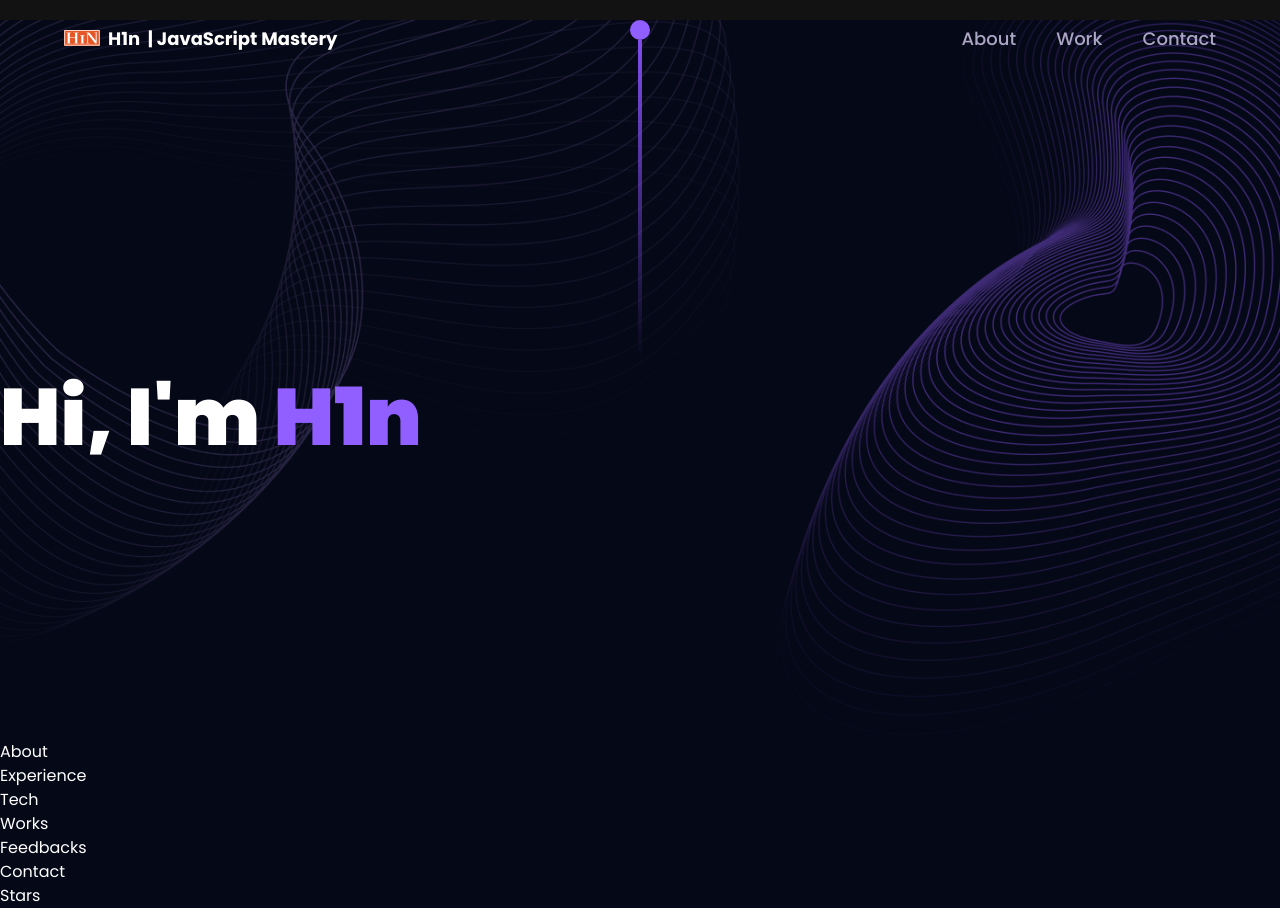
Repository: truonghuynhquy/3D_Portfolio
Page: /
An editor plug-in stored every save of this project. The page is shown before and after the next save, followed by the edit.
The browser window is 1280 px wide. The pictures show the whole page.
The project was rebuilt for these pictures with package versions that can differ from the ones it lists, and the page was loaded fresh each time. Also part of the build but not shown: vite.config.js, src/components/canvas/Earth.jsx, src/components/canvas/Ball.jsx, src/components/canvas/Computers.jsx. Imported but missing from the stored project, and not drawn on this page: src/components/hoc, src/components/styles, src/components/utils/motion.

Above is the page before, as saved 2023-04-09 00:48:59.

### index.html
<!DOCTYPE html>
<html lang="en">
  <head>
    <meta charset="UTF-8" />
    <link rel="icon" type="image/svg+xml" href="/src/assets/logo.svg" />
    <meta name="viewport" content="width=device-width, initial-scale=1.0" />
    <title>H1n | Portfolio</title>
  </head>
  <body>
    <div id="root"></div>
    <script type="module" src="/src/main.jsx"></script>
  </body>
</html>

### src/App.jsx
import { BrowserRouter } from "react-router-dom";

import {
    About,
    Contact,
    Experience,
    Feedbacks,
    Hero,
    Navbar,
    Tech,
    Works,
    StarsCanvas,
} from "./components";

const App = () => {
    return (
        <BrowserRouter>
            <div className="relative z-0 bg-primary">
                <div className="bg-hero-pattern bg-cover bg-no-repeat bg-center h-screen">
                    <Navbar />
                    <Hero />
                </div>
                <About />
                <Experience />
                <Tech />
                <Works />
                <Feedbacks />
                <div className="relative z-0">
                    <Contact />
                    <StarsCanvas />
                </div>
            </div>
        </BrowserRouter>
    );
};

export default App;

### src/index.css
@import url("https://fonts.googleapis.com/css2?family=Poppins:wght@100;200;300;400;500;600;700;800;900&display=swap");

@tailwind base;
@tailwind components;
@tailwind utilities;

* {
    margin: 0;
    padding: 0;
    box-sizing: border-box;
    font-family: "Poppins", sans-serif;
    scroll-behavior: smooth;
    color-scheme: dark;
}

.hash-span {
    margin-top: -100px;
    padding-bottom: 100px;
    display: block;
}

.black-gradient {
    background: #000000; /* fallback for old browsers */
    background: -webkit-linear-gradient(
        to right,
        #434343,
        #000000
    ); /* Chrome 10-25, Safari 5.1-6 */
    background: linear-gradient(
        to right,
        #434343,
        #000000
    ); /* W3C, IE 10+/ Edge, Firefox 16+, Chrome 26+, Opera 12+, Safari 7+ */
}

.violet-gradient {
    background: #804dee;
    background: linear-gradient(-90deg, #804dee 0%, rgba(60, 51, 80, 0) 100%);
    background: -webkit-linear-gradient(
        -90deg,
        #804dee 0%,
        rgba(60, 51, 80, 0) 100%
    );
}

.green-pink-gradient {
    background: "#00cea8";
    background: linear-gradient(90.13deg, #00cea8 1.9%, #bf61ff 97.5%);
    background: -webkit-linear-gradient(-90.13deg, #00cea8 1.9%, #bf61ff 97.5%);
}

.orange-text-gradient {
    background: #f12711; /* fallback for old browsers */
    background: -webkit-linear-gradient(
        to top,
        #f12711,
        #f5af19
    ); /* Chrome 10-25, Safari 5.1-6 */
    background: linear-gradient(
        to top,
        #f12711,
        #f5af19
    ); /* W3C, IE 10+/ Edge, Firefox 16+, Chrome 26+, Opera 12+, Safari 7+ */
    -webkit-background-clip: text;
    -webkit-text-fill-color: transparent;
}

.green-text-gradient {
    background: #11998e; /* fallback for old browsers */
    background: -webkit-linear-gradient(
        to top,
        #11998e,
        #38ef7d
    ); /* Chrome 10-25, Safari 5.1-6 */
    background: linear-gradient(
        to top,
        #11998e,
        #38ef7d
    ); /* W3C, IE 10+/ Edge, Firefox 16+, Chrome 26+, Opera 12+, Safari 7+ */
    -webkit-background-clip: text;
    -webkit-text-fill-color: transparent;
}

.blue-text-gradient {
    /* background: -webkit-linear-gradient(#eee, #333); */
    background: #56ccf2; /* fallback for old browsers */
    background: -webkit-linear-gradient(
        to top,
        #2f80ed,
        #56ccf2
    ); /* Chrome 10-25, Safari 5.1-6 */
    background: linear-gradient(
        to top,
        #2f80ed,
        #56ccf2
    ); /* W3C, IE 10+/ Edge, Firefox 16+, Chrome 26+, Opera 12+, Safari 7+ */
    -webkit-background-clip: text;
    -webkit-text-fill-color: transparent;
}

.pink-text-gradient {
    background: #ec008c; /* fallback for old browsers */
    background: -webkit-linear-gradient(
        to top,
        #ec008c,
        #fc6767
    ); /* Chrome 10-25, Safari 5.1-6 */
    background: linear-gradient(
        to top,
        #ec008c,
        #fc6767
    ); /* W3C, IE 10+/ Edge, Firefox 16+, Chrome 26+, Opera 12+, Safari 7+ */
    -webkit-background-clip: text;
    -webkit-text-fill-color: transparent;
}

/* canvas- styles */
.canvas-loader {
    font-size: 10px;
    width: 1em;
    height: 1em;
    border-radius: 50%;
    position: relative;
    text-indent: -9999em;
    animation: mulShdSpin 1.1s infinite ease;
    transform: translateZ(0);
}

@keyframes mulShdSpin {
    0%,
    100% {
        box-shadow: 0em -2.6em 0em 0em #ffffff,
            1.8em -1.8em 0 0em rgba(255, 255, 255, 0.2),
            2.5em 0em 0 0em rgba(255, 255, 255, 0.2),
            1.75em 1.75em 0 0em rgba(255, 255, 255, 0.2),
            0em 2.5em 0 0em rgba(255, 255, 255, 0.2),
            -1.8em 1.8em 0 0em rgba(255, 255, 255, 0.2),
            -2.6em 0em 0 0em rgba(255, 255, 255, 0.5),
            -1.8em -1.8em 0 0em rgba(255, 255, 255, 0.7);
    }
    12.5% {
        box-shadow: 0em -2.6em 0em 0em rgba(255, 255, 255, 0.7),
            1.8em -1.8em 0 0em #ffffff, 2.5em 0em 0 0em rgba(255, 255, 255, 0.2),
            1.75em 1.75em 0 0em rgba(255, 255, 255, 0.2),
            0em 2.5em 0 0em rgba(255, 255, 255, 0.2),
            -1.8em 1.8em 0 0em rgba(255, 255, 255, 0.2),
            -2.6em 0em 0 0em rgba(255, 255, 255, 0.2),
            -1.8em -1.8em 0 0em rgba(255, 255, 255, 0.5);
    }
    25% {
        box-shadow: 0em -2.6em 0em 0em rgba(255, 255, 255, 0.5),
            1.8em -1.8em 0 0em rgba(255, 255, 255, 0.7), 2.5em 0em 0 0em #ffffff,
            1.75em 1.75em 0 0em rgba(255, 255, 255, 0.2),
            0em 2.5em 0 0em rgba(255, 255, 255, 0.2),
            -1.8em 1.8em 0 0em rgba(255, 255, 255, 0.2),
            -2.6em 0em 0 0em rgba(255, 255, 255, 0.2),
            -1.8em -1.8em 0 0em rgba(255, 255, 255, 0.2);
    }
    37.5% {
        box-shadow: 0em -2.6em 0em 0em rgba(255, 255, 255, 0.2),
            1.8em -1.8em 0 0em rgba(255, 255, 255, 0.5),
            2.5em 0em 0 0em rgba(255, 255, 255, 0.7),
            1.75em 1.75em 0 0em #ffffff,
            0em 2.5em 0 0em rgba(255, 255, 255, 0.2),
            -1.8em 1.8em 0 0em rgba(255, 255, 255, 0.2),
            -2.6em 0em 0 0em rgba(255, 255, 255, 0.2),
            -1.8em -1.8em 0 0em rgba(255, 255, 255, 0.2);
    }
    50% {
        box-shadow: 0em -2.6em 0em 0em rgba(255, 255, 255, 0.2),
            1.8em -1.8em 0 0em rgba(255, 255, 255, 0.2),
            2.5em 0em 0 0em rgba(255, 255, 255, 0.5),
            1.75em 1.75em 0 0em rgba(255, 255, 255, 0.7),
            0em 2.5em 0 0em #ffffff, -1.8em 1.8em 0 0em rgba(255, 255, 255, 0.2),
            -2.6em 0em 0 0em rgba(255, 255, 255, 0.2),
            -1.8em -1.8em 0 0em rgba(255, 255, 255, 0.2);
    }
    62.5% {
        box-shadow: 0em -2.6em 0em 0em rgba(255, 255, 255, 0.2),
            1.8em -1.8em 0 0em rgba(255, 255, 255, 0.2),
            2.5em 0em 0 0em rgba(255, 255, 255, 0.2),
            1.75em 1.75em 0 0em rgba(255, 255, 255, 0.5),
            0em 2.5em 0 0em rgba(255, 255, 255, 0.7), -1.8em 1.8em 0 0em #ffffff,
            -2.6em 0em 0 0em rgba(255, 255, 255, 0.2),
            -1.8em -1.8em 0 0em rgba(255, 255, 255, 0.2);
    }
    75% {
        box-shadow: 0em -2.6em 0em 0em rgba(255, 255, 255, 0.2),
            1.8em -1.8em 0 0em rgba(255, 255, 255, 0.2),
            2.5em 0em 0 0em rgba(255, 255, 255, 0.2),
            1.75em 1.75em 0 0em rgba(255, 255, 255, 0.2),
            0em 2.5em 0 0em rgba(255, 255, 255, 0.5),
            -1.8em 1.8em 0 0em rgba(255, 255, 255, 0.7),
            -2.6em 0em 0 0em #ffffff,
            -1.8em -1.8em 0 0em rgba(255, 255, 255, 0.2);
    }
    87.5% {
        box-shadow: 0em -2.6em 0em 0em rgba(255, 255, 255, 0.2),
            1.8em -1.8em 0 0em rgba(255, 255, 255, 0.2),
            2.5em 0em 0 0em rgba(255, 255, 255, 0.2),
            1.75em 1.75em 0 0em rgba(255, 255, 255, 0.2),
            0em 2.5em 0 0em rgba(255, 255, 255, 0.2),
            -1.8em 1.8em 0 0em rgba(255, 255, 255, 0.5),
            -2.6em 0em 0 0em rgba(255, 255, 255, 0.7),
            -1.8em -1.8em 0 0em #ffffff;
    }
}

### src/components/Hero.jsx
import { motion } from "framer-motion";

import { styles } from "../styles";
import { ComputersCanvas } from "./canvas";

const Hero = () => {
    return (
        <section className={`relative w-full h-screen mx-auto`}>
            <div
                className={`absolute inset-0 top-[120px] max-w-7xl mx-auto ${styles.paddingX} flex flex-row items-start gap-5`}
            ></div>
            <div className="flex flex-col justify-center items-center mt-5">
                <div className="w-5 h-5 rounded-full bg-[#915EFF]" />
                <div className="w-1 sm:h-80 h-40 violet-gradient" />
            </div>

            <div>
                <h1 className={`${styles.heroHeadText} text-white`}>
                    Hi, I'm <span className="text-[#915EFF]">H1n</span>
                </h1>
                <p className={`${styles.heroSubText} text-white`}></p>
            </div>
        </section>
    );
};

export default Hero;

### src/components/Navbar.jsx
import React, { useEffect, useState } from "react";
import { Link } from "react-router-dom";

import { styles } from "../styles";
import { navLinks } from "../constants";
import { logo, menu, close } from "../assets";

const Navbar = () => {
    const [active, setActive] = useState("");
    const [toggle, setToggle] = useState(false);
    const [scrolled, setScrolled] = useState(false);

    useEffect(() => {
        const handleScroll = () => {
            const scrollTop = window.scrollY;
            if (scrollTop > 100) {
                setScrolled(true);
            } else {
                setScrolled(false);
            }
        };

        window.addEventListener("scroll", handleScroll);

        return () => window.removeEventListener("scroll", handleScroll);
    }, []);

    return (
        <nav
            className={`${
                styles.paddingX
            } w-full flex items-center py-5 fixed top-0 z-20 ${
                scrolled ? "bg-primary" : "bg-transparent"
            }`}
        >
            <div className="w-full flex justify-between items-center max-w-7xl mx-auto">
                <Link
                    to="/"
                    className="flex items-center gap-2"
                    onClick={() => {
                        setActive("");
                        window.scrollTo(0, 0);
                    }}
                >
                    <img
                        src={logo}
                        alt="logo"
                        className="w-9 h-9 object-contain"
                    />
                    <p className="text-white text-[18px] font-bold cursor-pointer flex ">
                        H1n &nbsp;
                        <span className="sm:block hidden">
                            | JavaScript Mastery
                        </span>
                    </p>
                </Link>

                <ul className="list-none hidden sm:flex flex-row gap-10">
                    {navLinks.map((nav) => (
                        <li
                            key={nav.id}
                            className={`${
                                active === nav.title
                                    ? "text-white"
                                    : "text-secondary"
                            } hover:text-white text-[18px] font-medium cursor-pointer`}
                            onClick={() => setActive(nav.title)}
                        >
                            <a href={`#${nav.id}`}>{nav.title}</a>
                        </li>
                    ))}
                </ul>

                <div className="sm:hidden flex flex-1 justify-end items-center">
                    <img
                        src={toggle ? close : menu}
                        alt="menu"
                        className="w-[28px] h-[28px] object-contain"
                        onClick={() => setToggle(!toggle)}
                    />

                    <div
                        className={`${
                            !toggle ? "hidden" : "flex"
                        } p-6 black-gradient absolute top-20 right-0 mx-4 my-2 min-w-[140px] z-10 rounded-xl`}
                    >
                        <ul className="list-none flex justify-end items-start flex-1 flex-col gap-4">
                            {navLinks.map((nav) => (
                                <li
                                    key={nav.id}
                                    className={`font-poppins font-medium cursor-pointer text-[16px] ${
                                        active === nav.title
                                            ? "text-white"
                                            : "text-secondary"
                                    }`}
                                    onClick={() => {
                                        setToggle(!toggle);
                                        setActive(nav.title);
                                    }}
                                >
                                    <a href={`#${nav.id}`}>{nav.title}</a>
                                </li>
                            ))}
                        </ul>
                    </div>
                </div>
            </div>
        </nav>
    );
};

export default Navbar;

### src/constants/index.js
import {
  mobile,
  backend,
  creator,
  web,
  javascript,
  typescript,
  html,
  css,
  reactjs,
  redux,
  tailwind,
  nodejs,
  mongodb,
  git,
  figma,
  docker,
  meta,
  starbucks,
  tesla,
  shopify,
  carrent,
  jobit,
  tripguide,
  threejs,
} from "../assets";

export const navLinks = [
  {
    id: "about",
    title: "About",
  },
  {
    id: "work",
    title: "Work",
  },
  {
    id: "contact",
    title: "Contact",
  },
];

const services = [
  {
    title: "Web Developer",
    icon: web,
  },
  {
    title: "React Native Developer",
    icon: mobile,
  },
  {
    title: "Backend Developer",
    icon: backend,
  },
  {
    title: "Content Creator",
    icon: creator,
  },
];

const technologies = [
  {
    name: "HTML 5",
    icon: html,
  },
  {
    name: "CSS 3",
    icon: css,
  },
  {
    name: "JavaScript",
    icon: javascript,
  },
  {
    name: "TypeScript",
    icon: typescript,
  },
  {
    name: "React JS",
    icon: reactjs,
  },
  {
    name: "Redux Toolkit",
    icon: redux,
  },
  {
    name: "Tailwind CSS",
    icon: tailwind,
  },
  {
    name: "Node JS",
    icon: nodejs,
  },
  {
    name: "MongoDB",
    icon: mongodb,
  },
  {
    name: "Three JS",
    icon: threejs,
  },
  {
    name: "git",
    icon: git,
  },
  {
    name: "figma",
    icon: figma,
  },
  {
    name: "docker",
    icon: docker,
  },
];

const experiences = [
  {
    title: "React.js Developer",
    company_name: "Starbucks",
    icon: starbucks,
    iconBg: "#383E56",
    date: "March 2020 - April 2021",
    points: [
      "Developing and maintaining web applications using React.js and other related technologies.",
      "Collaborating with cross-functional teams including designers, product managers, and other developers to create high-quality products.",
      "Implementing responsive design and ensuring cross-browser compatibility.",
      "Participating in code reviews and providing constructive feedback to other developers.",
    ],
  },
  {
    title: "React Native Developer",
    company_name: "Tesla",
    icon: tesla,
    iconBg: "#E6DEDD",
    date: "Jan 2021 - Feb 2022",
    points: [
      "Developing and maintaining web applications using React.js and other related technologies.",
      "Collaborating with cross-functional teams including designers, product managers, and other developers to create high-quality products.",
      "Implementing responsive design and ensuring cross-browser compatibility.",
      "Participating in code reviews and providing constructive feedback to other developers.",
    ],
  },
  {
    title: "Web Developer",
    company_name: "Shopify",
    icon: shopify,
    iconBg: "#383E56",
    date: "Jan 2022 - Jan 2023",
    points: [
      "Developing and maintaining web applications using React.js and other related technologies.",
      "Collaborating with cross-functional teams including designers, product managers, and other developers to create high-quality products.",
      "Implementing responsive design and ensuring cross-browser compatibility.",
      "Participating in code reviews and providing constructive feedback to other developers.",
    ],
  },
  {
    title: "Full stack Developer",
    company_name: "Meta",
    icon: meta,
    iconBg: "#E6DEDD",
    date: "Jan 2023 - Present",
    points: [
      "Developing and maintaining web applications using React.js and other related technologies.",
      "Collaborating with cross-functional teams including designers, product managers, and other developers to create high-quality products.",
      "Implementing responsive design and ensuring cross-browser compatibility.",
      "Participating in code reviews and providing constructive feedback to other developers.",
    ],
  },
];

const testimonials = [
  {
    testimonial:
      "I thought it was impossible to make a website as beautiful as our product, but Rick proved me wrong.",
    name: "Sara Lee",
    designation: "CFO",
    company: "Acme Co",
    image: "https://randomuser.me/api/portraits/women/4.jpg",
  },
  {
    testimonial:
      "I've never met a web developer who truly cares about their clients' success like Rick does.",
    name: "Chris Brown",
    designation: "COO",
    company: "DEF Corp",
    image: "https://randomuser.me/api/portraits/men/5.jpg",
  },
  {
    testimonial:
      "After Rick optimized our website, our traffic increased by 50%. We can't thank them enough!",
    name: "Lisa Wang",
    designation: "CTO",
    company: "456 Enterprises",
    image: "https://randomuser.me/api/portraits/women/6.jpg",
  },
];

const projects = [
  {
    name: "Car Rent",
    description:
      "Web-based platform that allows users to search, book, and manage car rentals from various providers, providing a convenient and efficient solution for transportation needs.",
    tags: [
      {
        name: "react",
        color: "blue-text-gradient",
      },
      {
        name: "mongodb",
        color: "green-text-gradient",
      },
      {
        name: "tailwind",
        color: "pink-text-gradient",
      },
    ],
    image: carrent,
    source_code_link: "https://github.com/",
  },
  {
    name: "Job IT",
    description:
      "Web application that enables users to search for job openings, view estimated salary ranges for positions, and locate available jobs based on their current location.",
    tags: [
      {
        name: "react",
        color: "blue-text-gradient",
      },
      {
        name: "restapi",
        color: "green-text-gradient",
      },
      {
        name: "scss",
        color: "pink-text-gradient",
      },
    ],
    image: jobit,
    source_code_link: "https://github.com/",
  },
  {
    name: "Trip Guide",
    description:
      "A comprehensive travel booking platform that allows users to book flights, hotels, and rental cars, and offers curated recommendations for popular destinations.",
    tags: [
      {
        name: "nextjs",
        color: "blue-text-gradient",
      },
      {
        name: "supabase",
        color: "green-text-gradient",
      },
      {
        name: "css",
        color: "pink-text-gradient",
      },
    ],
    image: tripguide,
    source_code_link: "https://github.com/",
  },
];

export { services, technologies, experiences, testimonials, projects };

### src/assets/index.js
import logo from "./logo.svg";
import backend from "./backend.png";
import creator from "./creator.png";
import mobile from "./mobile.png";
import web from "./web.png";
import github from "./github.png";
import menu from "./menu.svg";
import close from "./close.svg";

import css from "./tech/css.png";
import docker from "./tech/docker.png";
import figma from "./tech/figma.png";
import git from "./tech/git.png";
import html from "./tech/html.png";
import javascript from "./tech/javascript.png";
import mongodb from "./tech/mongodb.png";
import nodejs from "./tech/nodejs.png";
import reactjs from "./tech/reactjs.png";
import redux from "./tech/redux.png";
import tailwind from "./tech/tailwind.png";
import typescript from "./tech/typescript.png";
import threejs from "./tech/threejs.svg";

import meta from "./company/meta.png";
import shopify from "./company/shopify.png";
import starbucks from "./company/starbucks.png";
import tesla from "./company/tesla.png";

import carrent from "./carrent.png";
import jobit from "./jobit.png";
import tripguide from "./tripguide.png";

export {
  logo,
  backend,
  creator,
  mobile,
  web,
  github,
  menu,
  close,
  css,
  docker,
  figma,
  git,
  html,
  javascript,
  mongodb,
  nodejs,
  reactjs,
  redux,
  tailwind,
  typescript,
  threejs,
  meta,
  shopify,
  starbucks,
  tesla,
  carrent,
  jobit,
  tripguide,
};

### tailwind.config.js
/** @type {import('tailwindcss').Config} */
module.exports = {
    content: ["./src/**/*.{js,jsx}"],
    mode: "jit",
    theme: {
        extend: {
            colors: {
                primary: "#050816",
                secondary: "#aaa6c3",
                tertiary: "#151030",
                "black-100": "#100d25",
                "black-200": "#090325",
                "white-100": "#f3f3f3",
            },
            boxShadow: {
                card: "0px 35px 120px -15px #211e35",
            },
            screens: {
                xs: "450px",
            },
            backgroundImage: {
                "hero-pattern": "url('/src/assets/herobg.png')",
            },
        },
    },
    plugins: [],
};

Loaded but not shown: src/main.jsx (common file); src/components/index.js (common file); src/components/canvas/index.js (common file); src/components/About.jsx (common file); src/components/Tech.jsx (common file); src/components/Experience.jsx (common file); src/components/Works.jsx (common file); src/components/Feedbacks.jsx (common file); src/components/Contact.jsx (common file); src/components/canvas/Stars.jsx (common file); src/styles.js (common file)

After the next save:
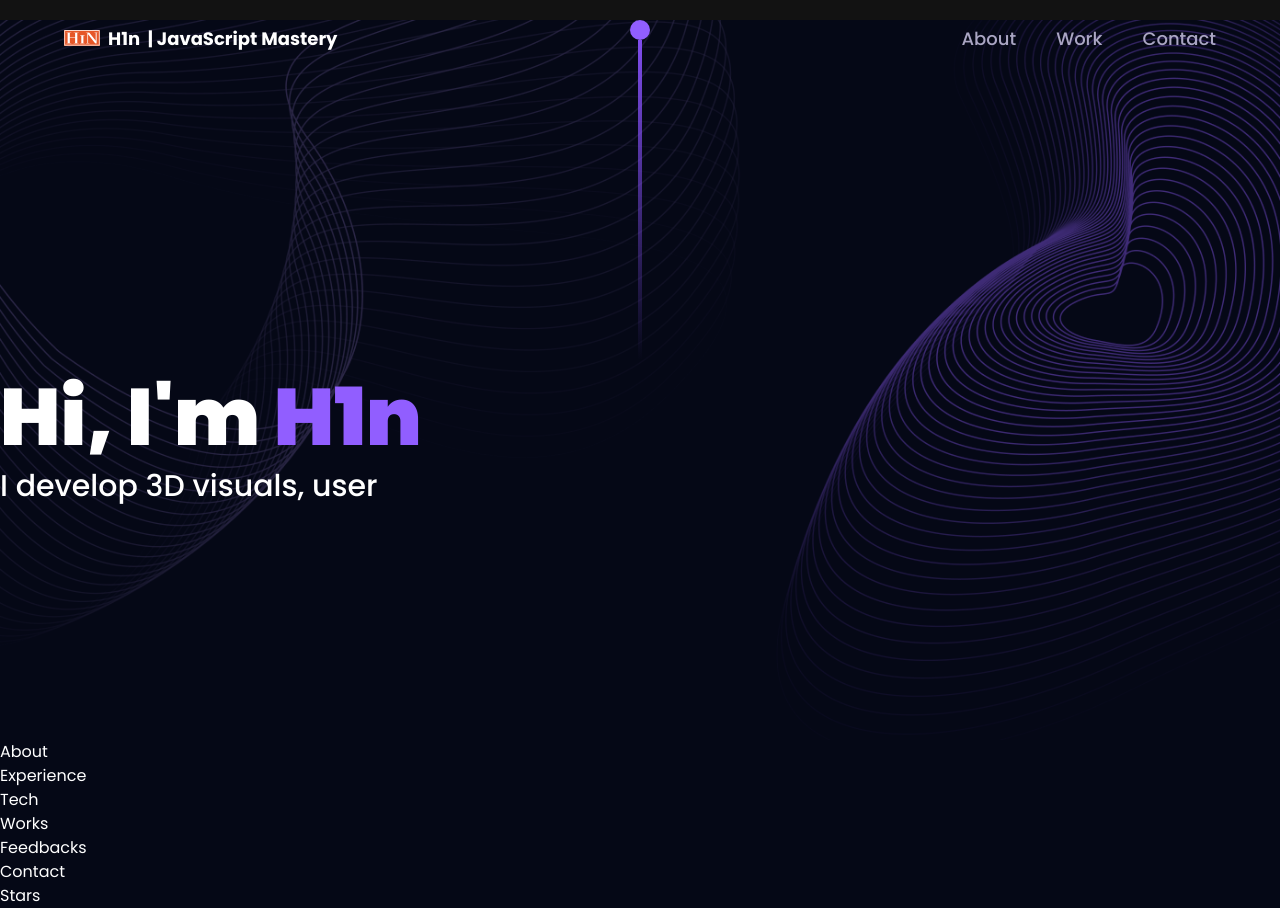
Saved 44 s later.
--- a/src/components/Hero.jsx
+++ b/src/components/Hero.jsx
@@ -18,7 +18,10 @@ const Hero = () => {
                 <h1 className={`${styles.heroHeadText} text-white`}>
                     Hi, I'm <span className="text-[#915EFF]">H1n</span>
                 </h1>
-                <p className={`${styles.heroSubText} text-white`}></p>
+                <p className={`${styles.heroSubText} text-white`}>
+                    I develop 3D visuals, user{" "}
+                    <br className="sm:block hidden" />
+                </p>
             </div>
         </section>
     );
